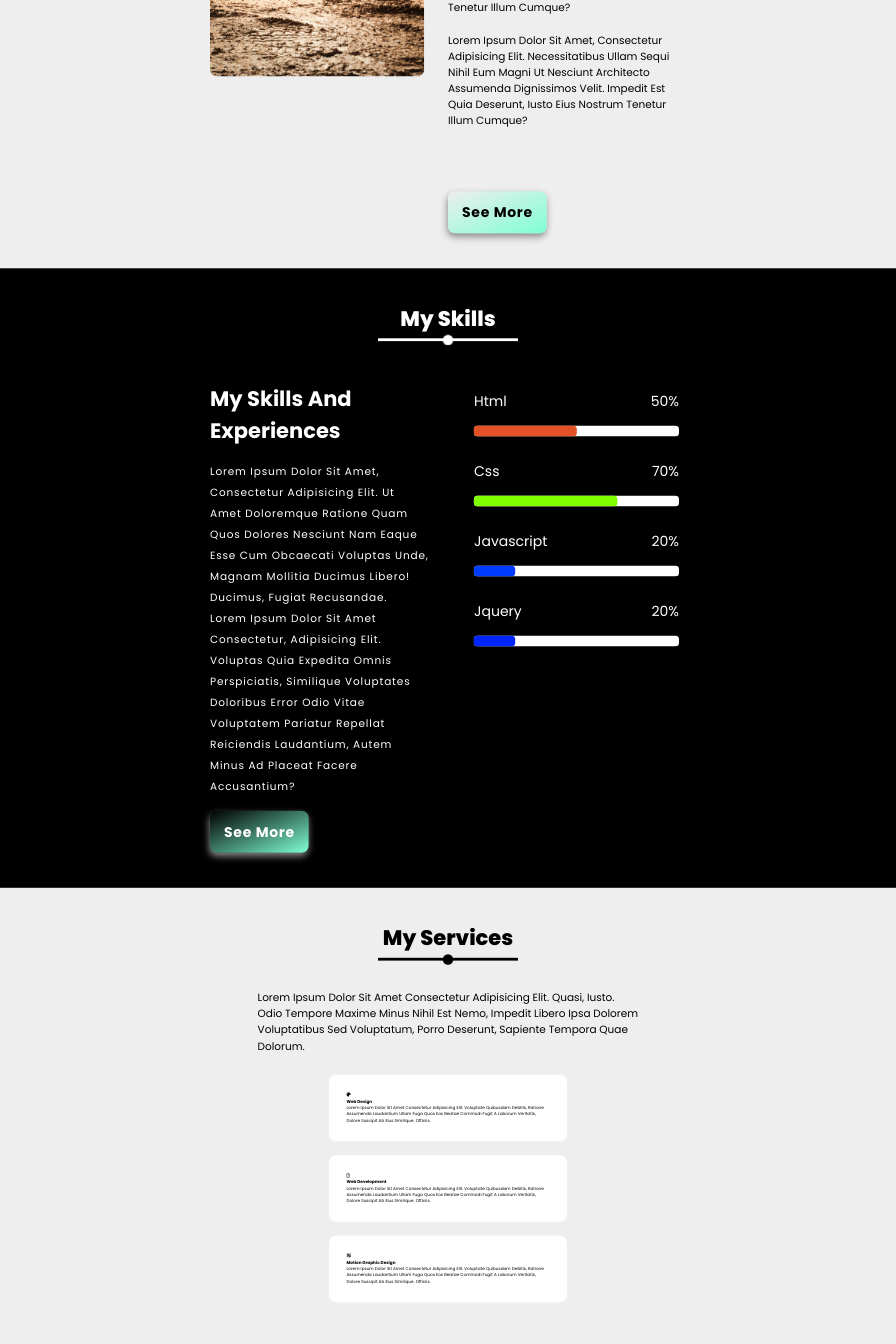
Repository: Pinocoding/New
Page: index.html
These files come from the project's save history. The page is drawn as it stood at one moment and after the next save; the edit follows.
The browser window is 1280 px wide. The pictures show the part of the page from y = 1226 to 3146 px (the page is 3146 px tall), at 70% of full size.
Backgrounds fixed to the window are drawn as part of the page.

Above is the page before, as saved 2021-10-13 23:16:25.

After the next save:
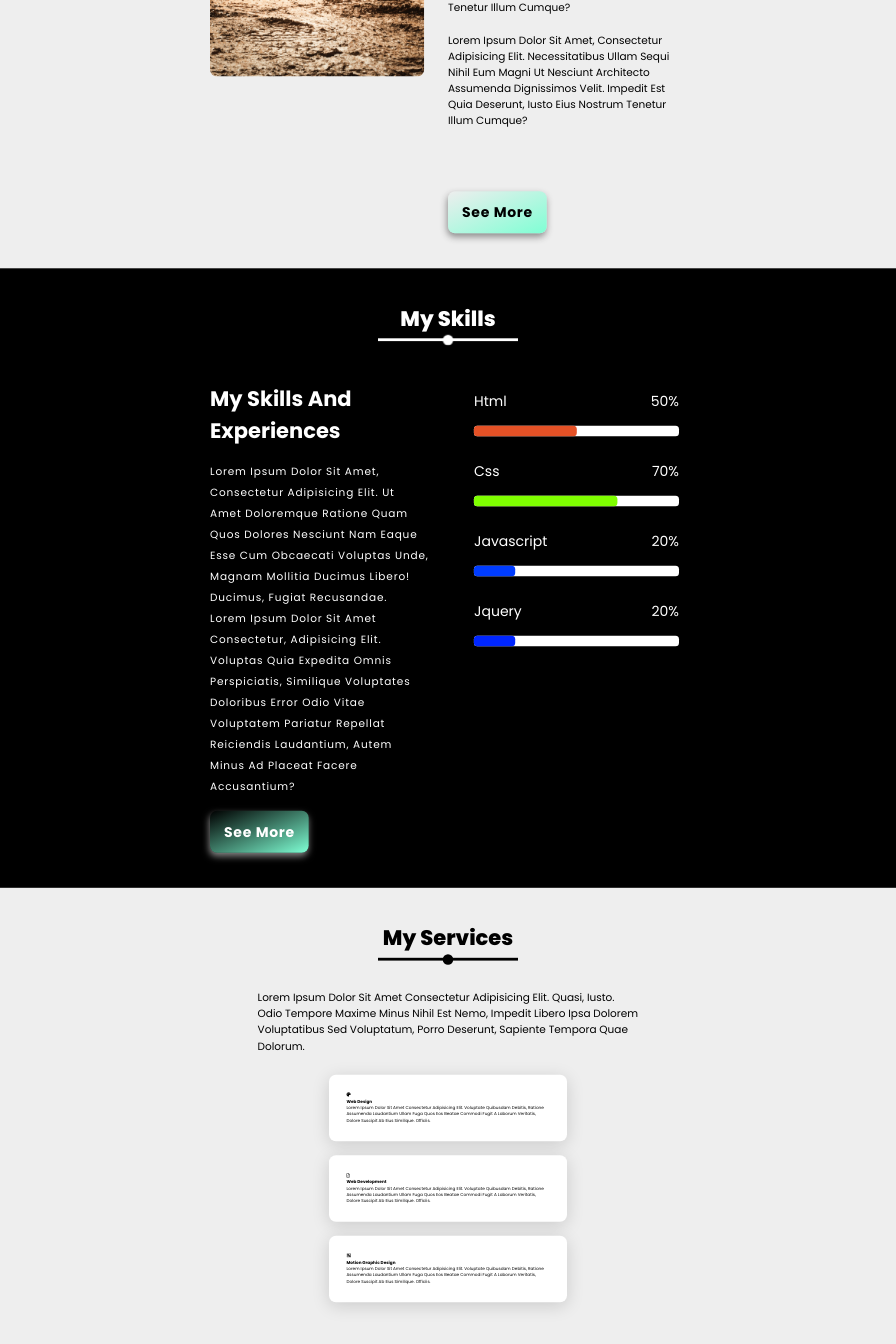
Saved 88 s later.
--- a/style.css
+++ b/style.css
@@ -377,7 +377,7 @@ section {
   justify-content: center;
   align-items: center;
   flex-direction: column;
-  box-shadow: 0 5px 25px rgba (1 1 1 /15%);
-  border-radius: 10px;
-}
-/*  */
+  box-shadow: 0 5px 25px rgba(1 1 1 /15%);
+  border-radius: 10px;
+}
+/*  */
